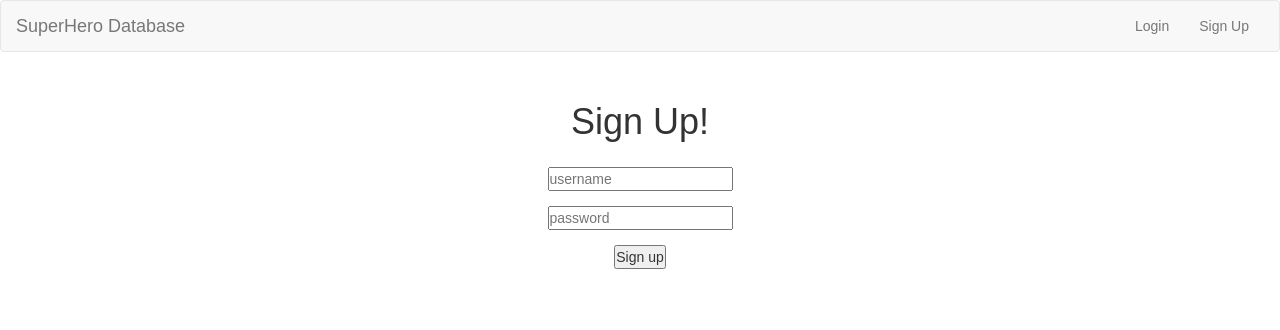
Repository: VincentChan5650/Hero-Database
Page: http://localhost/register
The author's editor kept a record of every edit. The page is drawn from the files as they stood at one moment, then again after the next edit.
The browser window is 1280 px wide. The pictures show the whole page.
Some web fonts or font styles are not loaded; a fallback is used. The page is served by the project's Node server (app.js).

Above is the page before.

After the next edit:
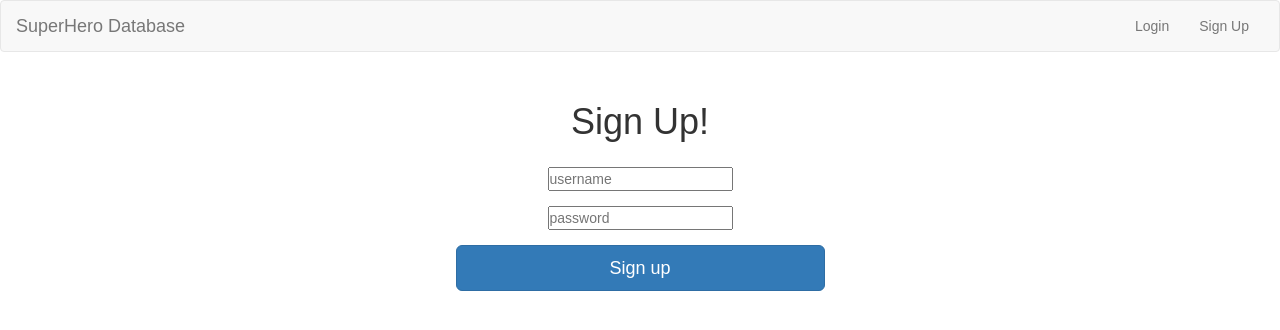
The edit:
--- a/views/register.ejs
+++ b/views/register.ejs
@@ -11,7 +11,7 @@
                     <input type='password' name ="password" placeholder="password">
                 </div>
                 <div class="form-group">
-                <button>Sign up</button>
+                    <button class="btn btn-primary btn-lg btn-block">Sign up</button>
                 </div>
             </form>
         </div>
